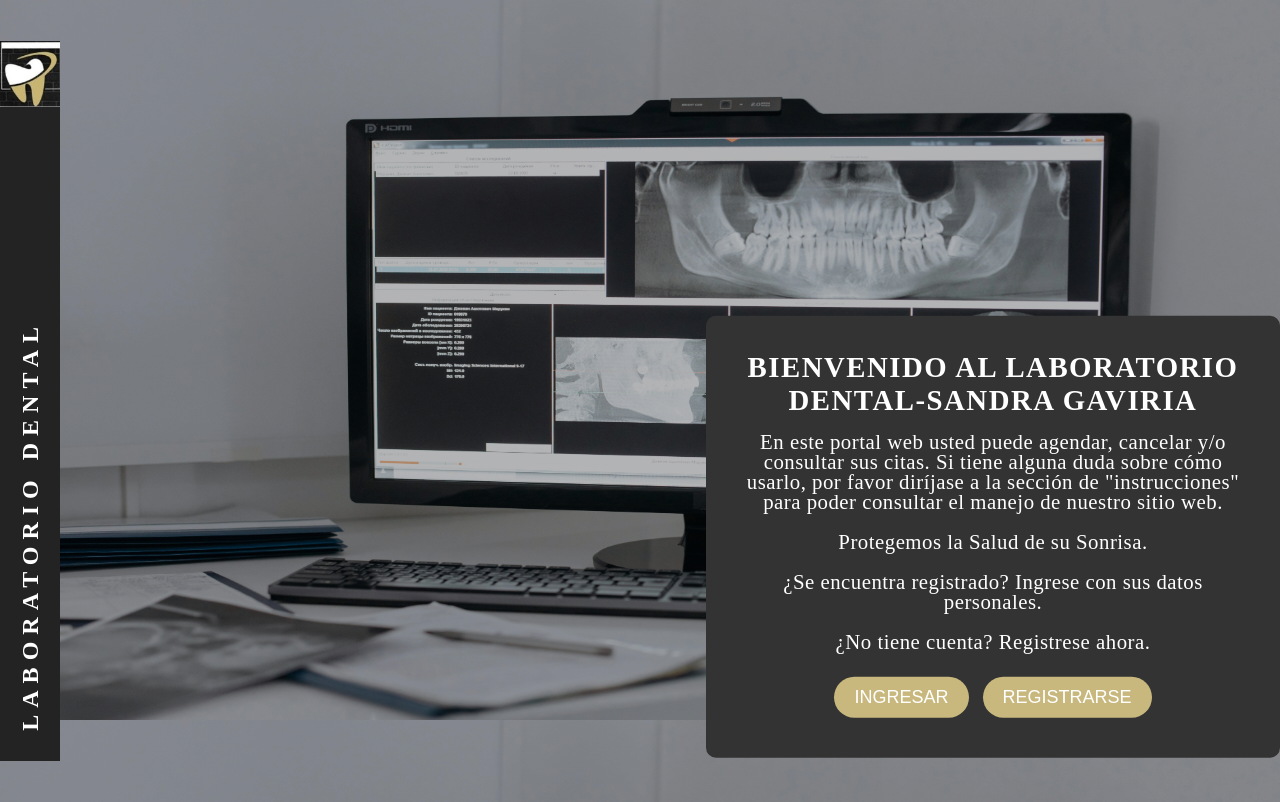
Repository: IIntef/ProyectoDental2.0
Page: Proyecto/Proyecto/Fer.html
The author's editor kept a copy of each file at every save. The page is drawn from the files as they stood at one save, then again after the next save.
The browser window is 1280 px wide. The pictures show the whole page.
Backgrounds fixed to the window are drawn as part of the page.

Above is the page before, as saved 2024-06-14 16:52:55.

After the next save:
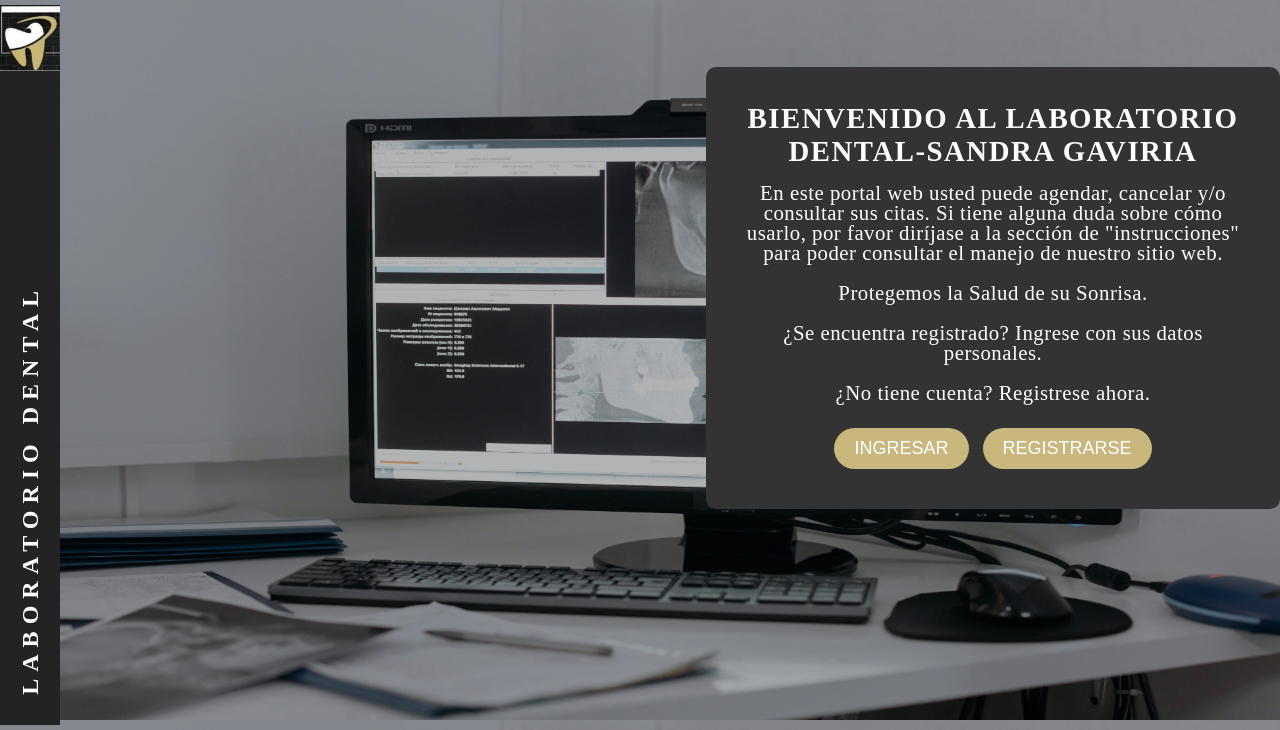
Saved 16 s later.
--- a/Proyecto/Proyecto/StyleFer.css
+++ b/Proyecto/Proyecto/StyleFer.css
@@ -42,8 +42,8 @@ main{
     max-width: 70vh;
     border-radius: 10px;
     margin-left: auto; /* Empujar hacia la derecha */
-    margin-top: 50vh; /* Centrar verticalmente usando un margen */
-    transform: translateY(-10%);
+    margin-top: 40vh; /* Centrar verticalmente usando un margen */
+    transform: translateY(-50%);
 }
 body {
     padding: 0;
